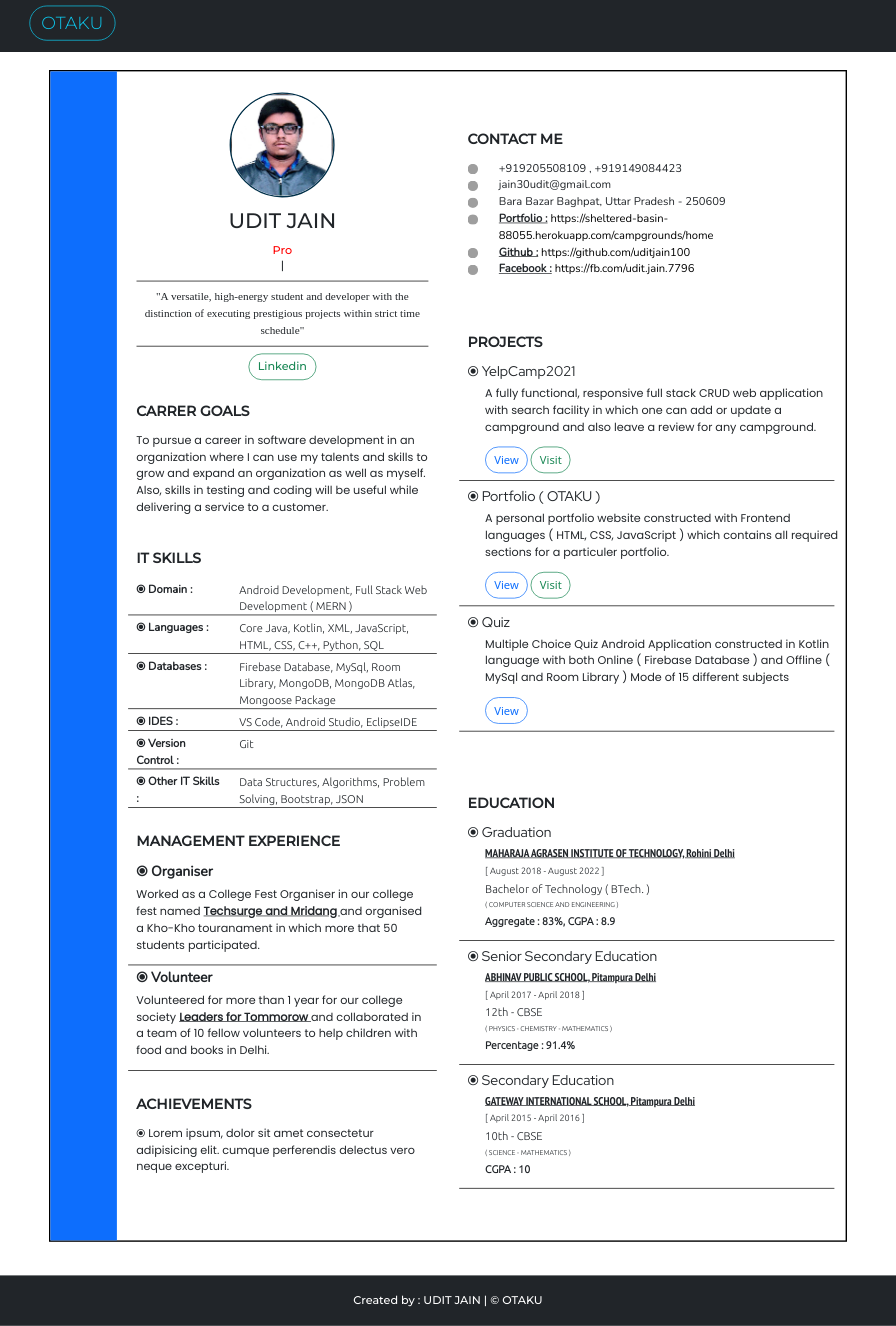
Repository: uditjain100/Responsive-Resume
Page: layouts/index.html
The author's editor kept a copy of each file at every save. The page is drawn from the files as they stood at one save, then again after the next save.
The browser window is 1280 px wide. The pictures show the whole page, at 70% of full size.
Pictures or frames that could not be fetched are drawn as grey boxes. Some web fonts or font styles are not loaded; a fallback is used. Some web libraries are served in a nearby version.

Above is the page before, as saved 2021-03-01 20:53:31.

After the next save:
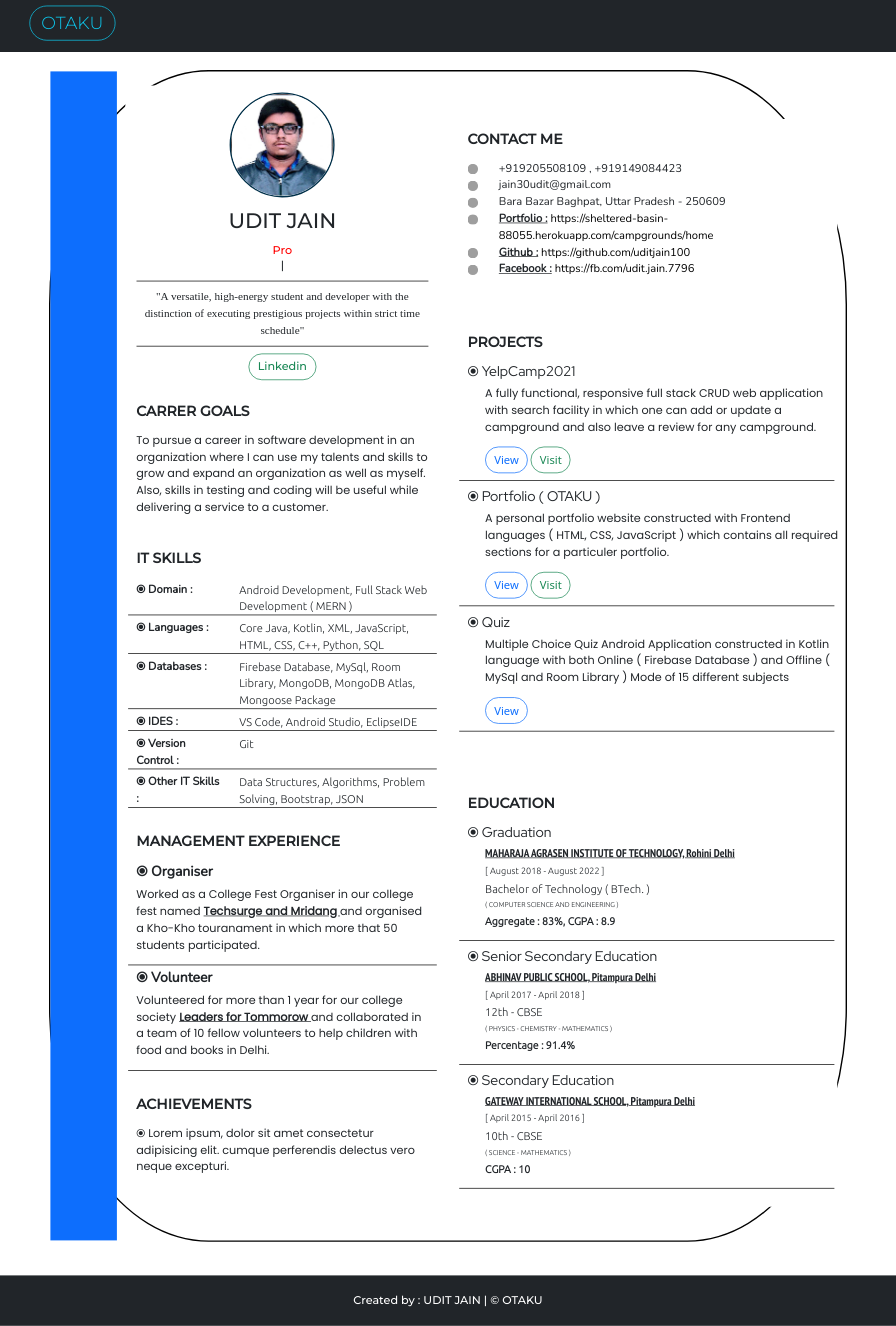
Saved 16 s later.
--- a/layouts/app.css
+++ b/layouts/app.css
@@ -29,6 +29,7 @@ html {
 #wholewindow {
   margin-top: 100px;
   border: 2px black solid;
+  border-radius: 20%;
   display: flex;
   flex-direction: row;
   flex-wrap: wrap;
